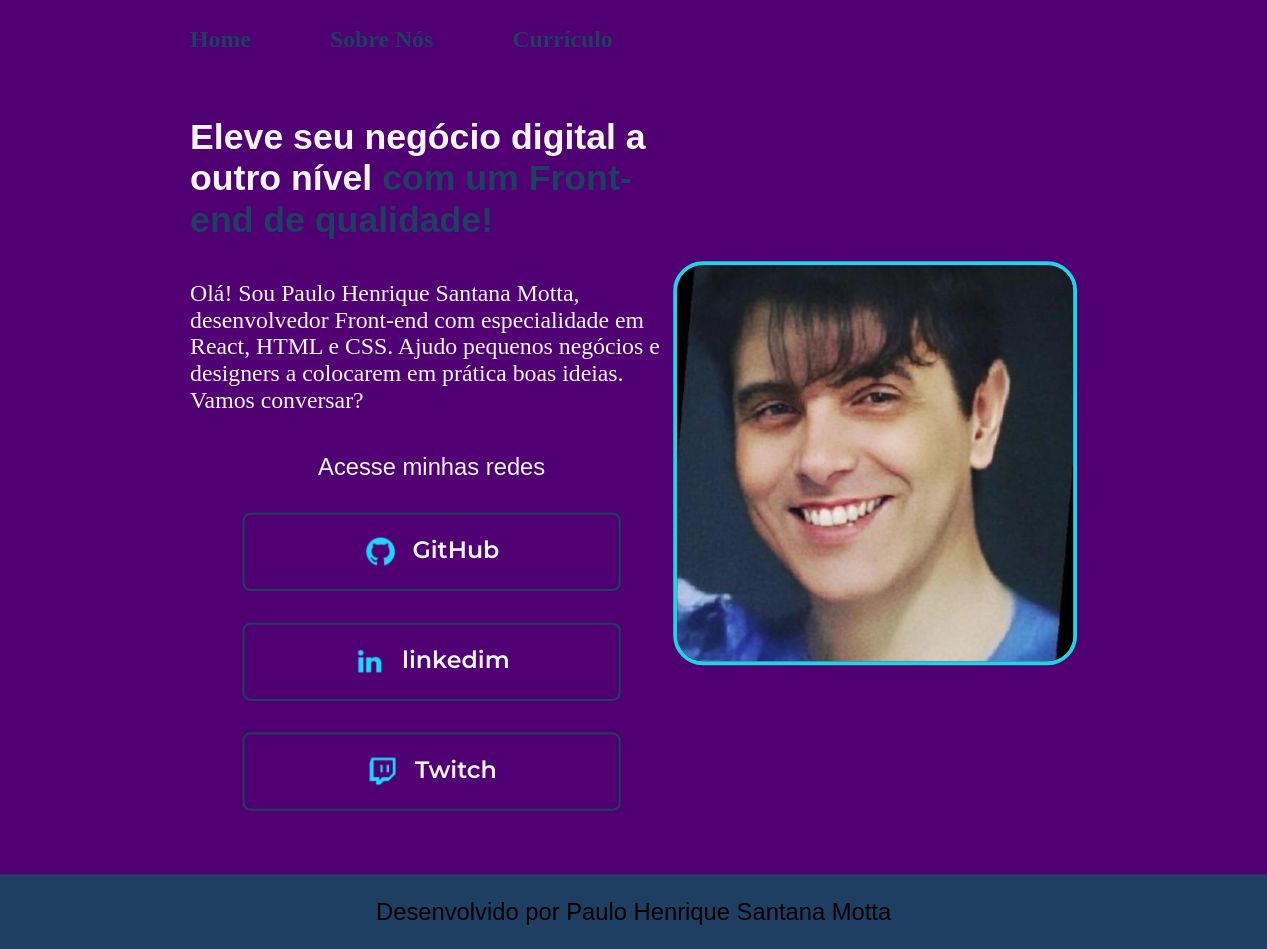
Repository: phsmottanerd/projeto-portfolio-alura
Page: index.html
An editor plug-in stored every save of this project. The page is shown before and after the next save, followed by the edit.
The browser window is 1280 px wide. The pictures show the whole page, at 99% of full size.
Some web fonts or font styles are not loaded; a fallback is used.

Above is the page before, as saved 2025-01-28 02:07:22.

After the next save:
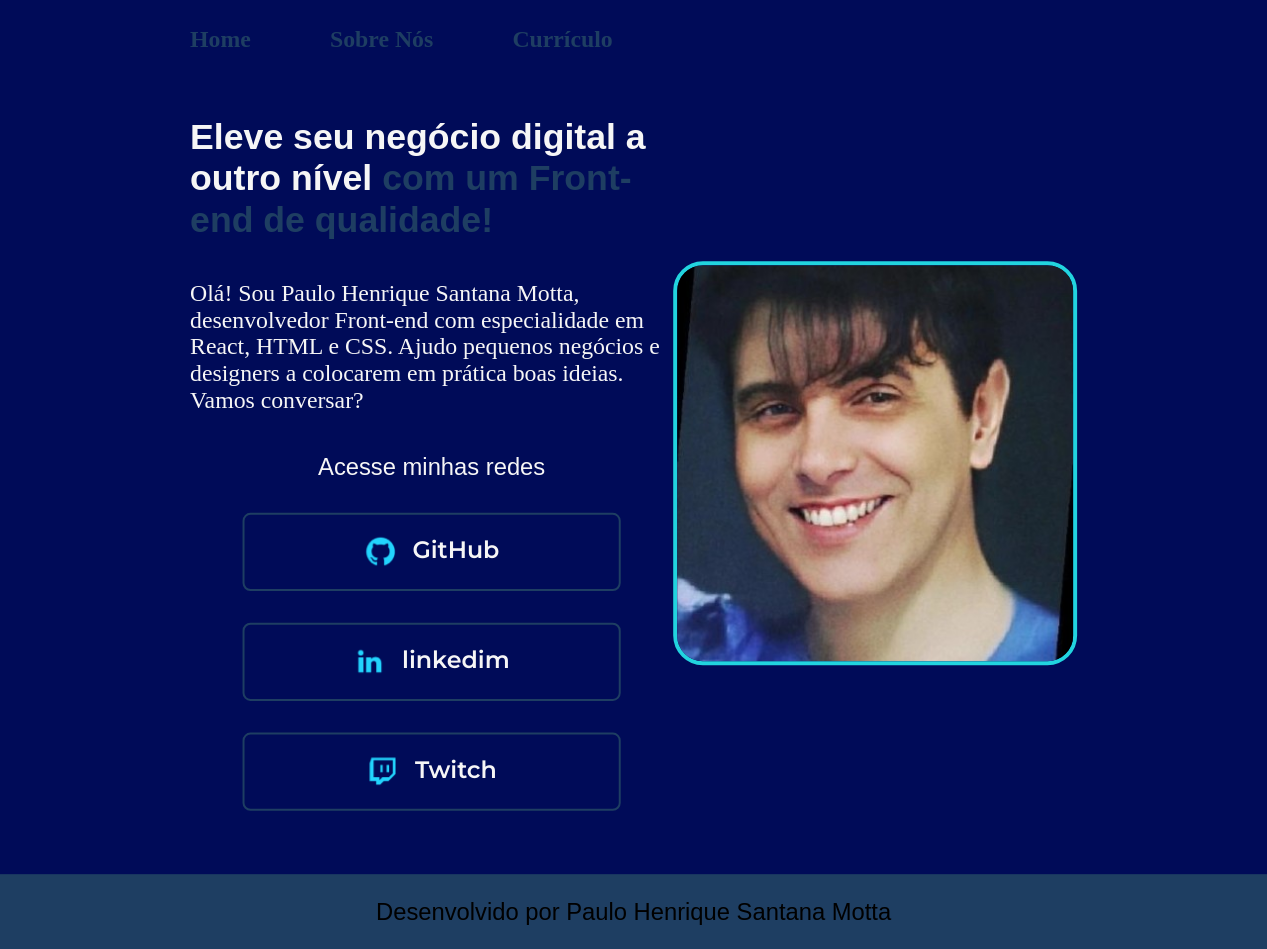
Saved 36 s later.
--- a/estilos/style.css
+++ b/estilos/style.css
@@ -1,7 +1,7 @@
 @import url("https://fonts.googleapis.com/css2?family=Krona+One&family=Montserrat:wght@400;600&display=swap");
 
 :root {
-  --cor-primaria: #500073;
+  --cor-primaria: #000B58;
   --cor-secundaria: #f6f6f6;
   --cor-terciaria:#1E3E62;
   --cor-hover: #FF6500;
